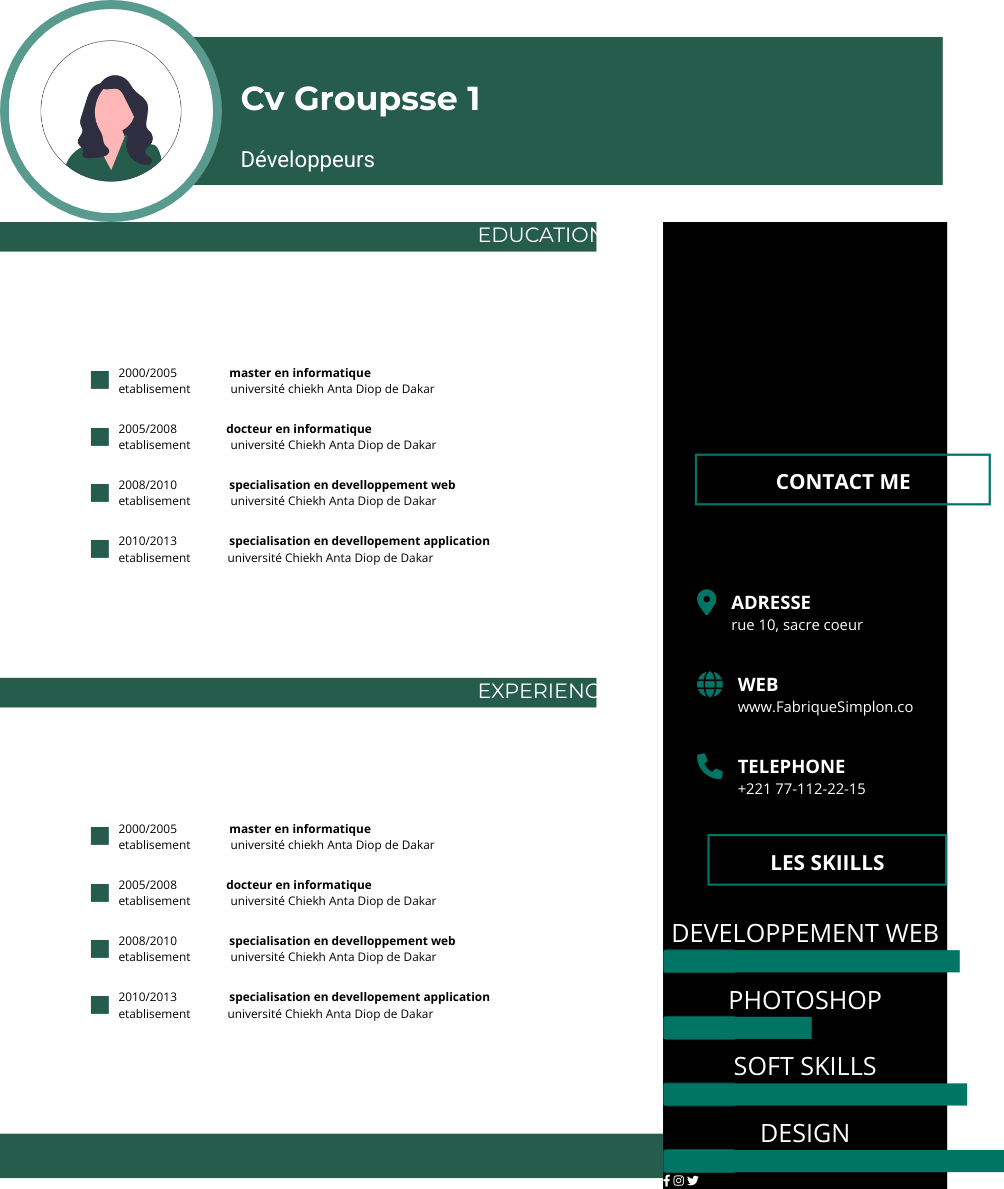
Repository: NdiongueFH/Mon_CV
Page: CV_Groupe1.html
These files come from the project's save history. The page is drawn as it stood at one moment and after the next save; the edit follows.
The browser window is 1280 px wide. The page is 1357 px wide, then 1339 px, so the pictures cover 1357 px, including what lies to the right of the window. The pictures show the whole page, at 74% of full size.

Above is the page before, as saved 2024-08-05 15:25:02.

After the next save:
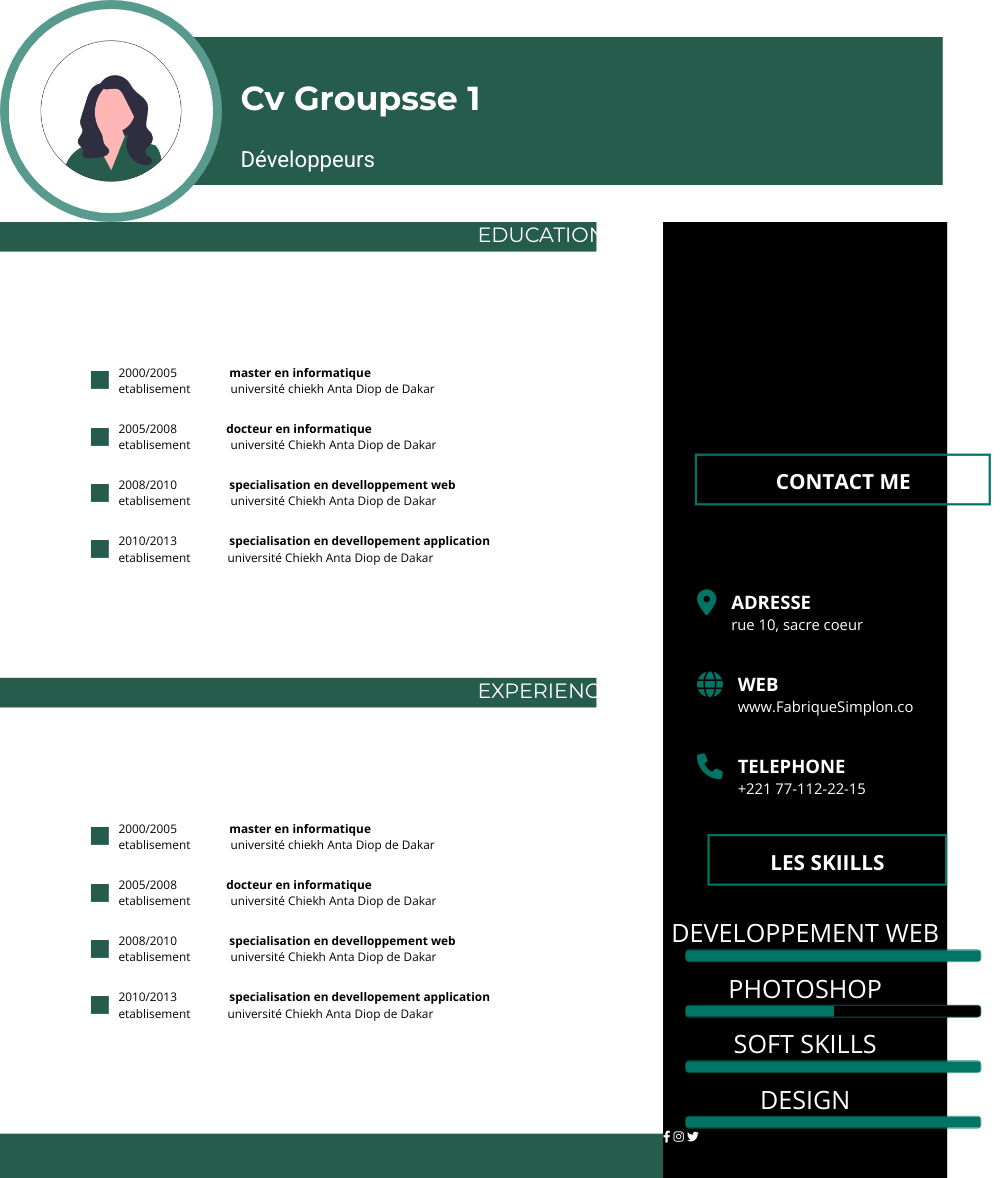
Saved 58 s later.
--- a/CV_Groupe1.css
+++ b/CV_Groupe1.css
@@ -279,33 +279,37 @@ margin-left: 50px;
     display: none;
 }
 .bar-container {
-    width: 100px;
+    width: 400px;
     background-color: black;
     border: 1px solid #007566;
     border-radius: 5px;
-    /*margin-left: 90px;*/
-}
-
-.bar {
+    overflow: hidden;
+    margin-left: 30px;
+ }
+
+
+ .bar {
     width: 400px;
-    height: 30px;
+    height: 15px;
     background-color: #007566;
-}
-.bar1 {
+ }
+ .bar1 {
     width: 200px;
-    height: 30px;
+    height: 15px;
     background-color: #007566;
-}
-.bar2 {
+ }
+ .bar2 {
     width: 410px;
-    height: 30px;
+    height: 15px;
     background-color: #007566;
-}
-.bar3 {
+ }
+ .bar3 {
     width: 460px;
-    height: 30px;
+    height: 15px;
     background-color: #007566;
-}
+ }
+
+
 .donnees_skill{
     justify-content: center;
     align-items: center;
